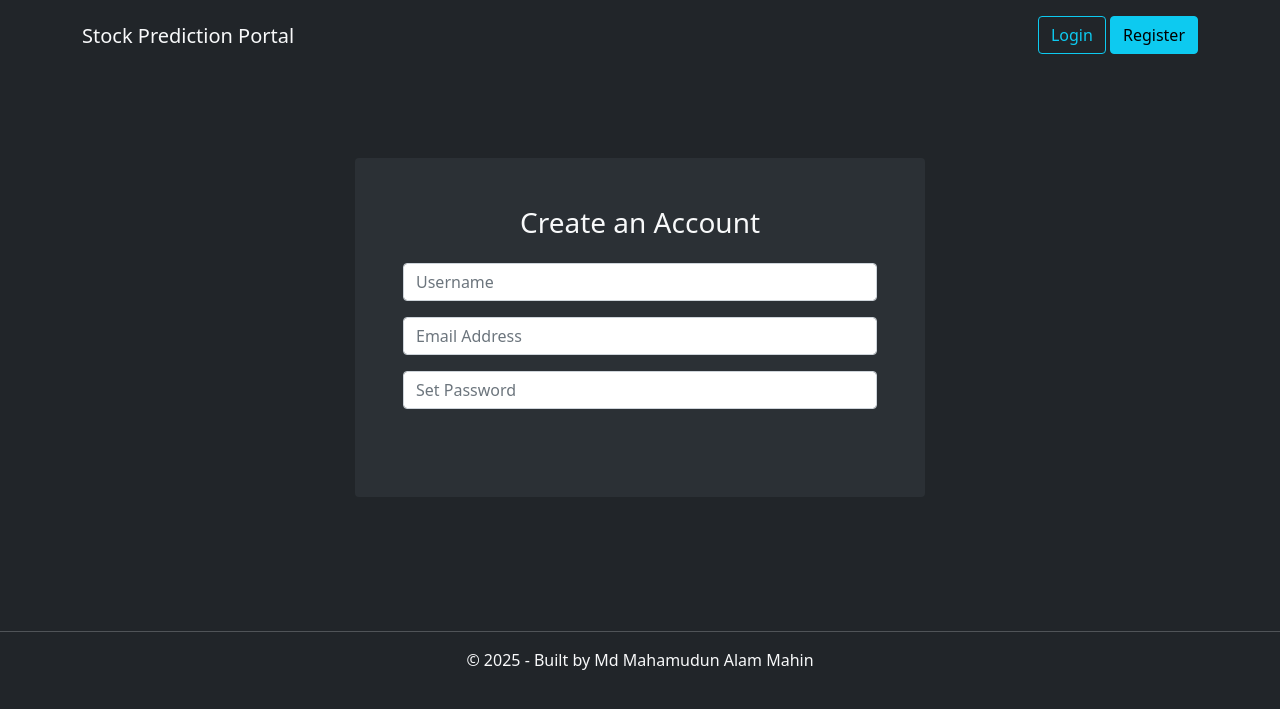
Repository: killerTiger10/stock-prediction-portal
Page: /register (app in frontend-react/)
The author's editor kept a copy of each file at every save. The page is drawn from the files as they stood at one save, then again after the next save.
The browser window is 1280 px wide. The pictures show the whole page.
The project was rebuilt for these pictures with package versions that can differ from the ones it lists, and the page was loaded fresh each time. Also part of the build but not shown: frontend-react/vite.config.js, frontend-react/src/components/Main.jsx, frontend-react/src/components/Login.jsx.

Above is the page before, as saved 2025-06-18 11:54:33.

After the next save:
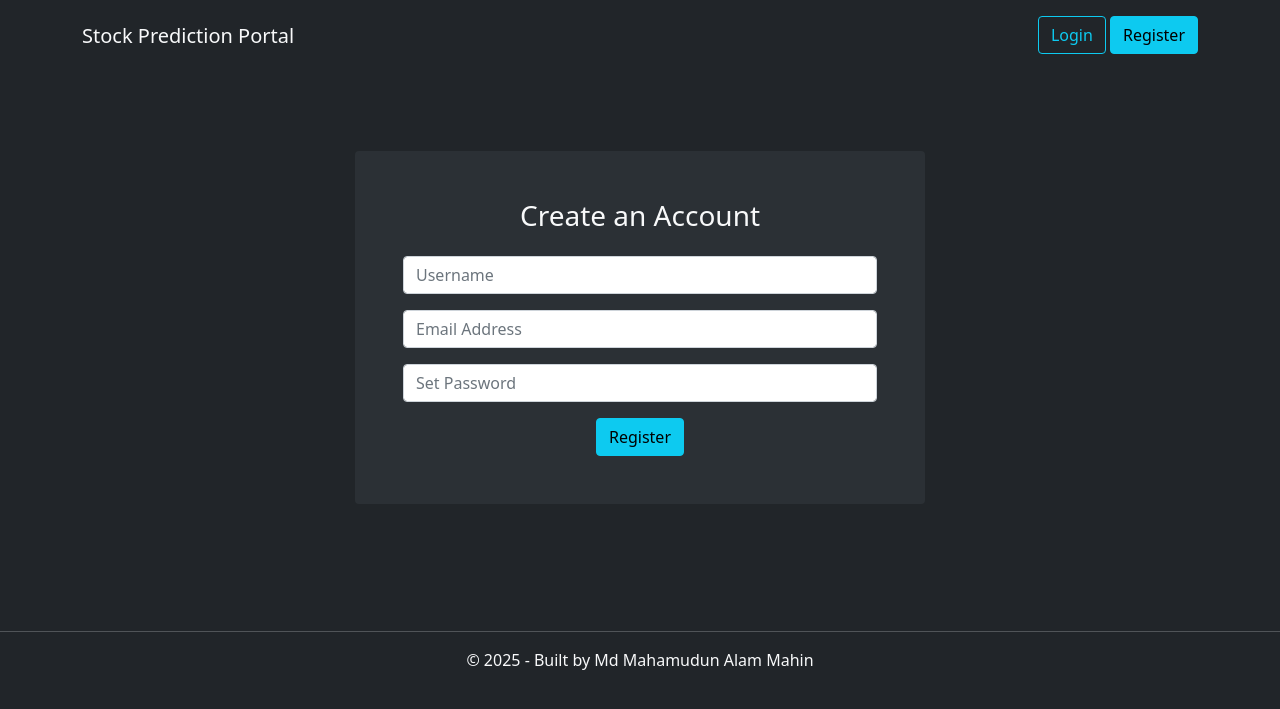
Saved 40 s later.
--- a/frontend-react/src/components/Register.jsx
+++ b/frontend-react/src/components/Register.jsx
@@ -24,9 +24,9 @@ const Register = () => {
                 className="form-control mb-3"
                 placeholder="Set Password"
               />
-              <Button type="submit" className="btn btn-info d-block mx-auto">
+              <button type="submit" className="btn btn-info d-block mx-auto">
                 Register
-              </Button>
+              </button>
             </form>
           </div>
         </div>
